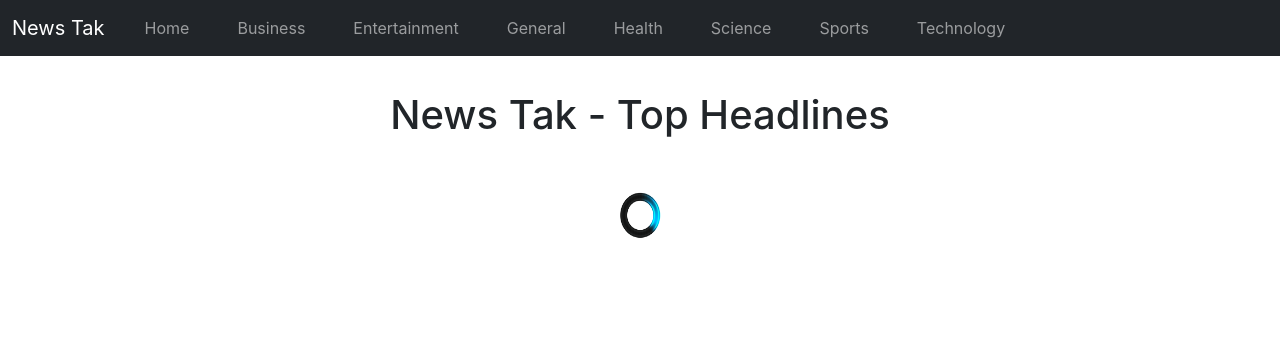
Repository: Rohit-foryou/News-website
Page: /entertainment
These files come from the project's save history. The page is drawn as it stood at one moment and after the next save; the edit follows.
The browser window is 1280 px wide. The pictures show the whole page.
The page's requests for data from a server got no answer. The project was rebuilt for these pictures with package versions that can differ from the ones it lists, and the page was loaded fresh each time. No one was signed in, and anything a server would have sent is missing. Also part of the build but not shown: src/Components/NewsItem.js.

Above is the page before, as saved 2024-01-11 23:16:11.

After the next save:
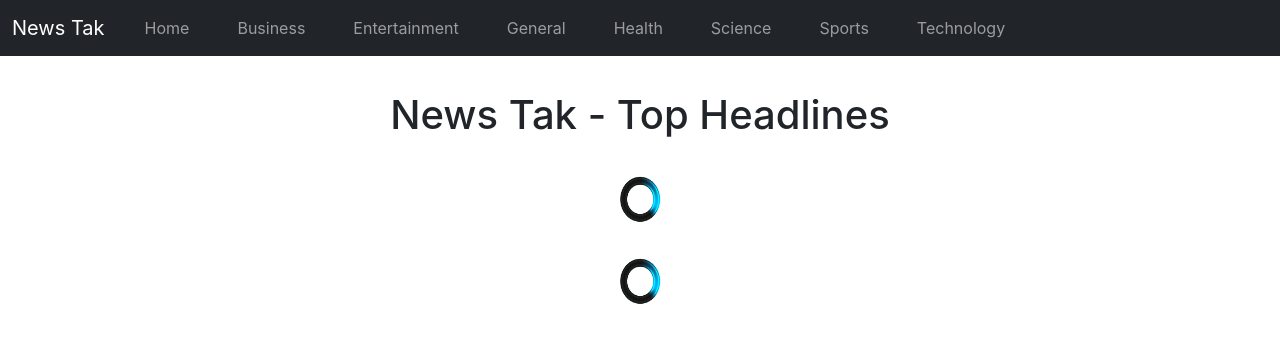
Saved 75 s later.
--- a/src/Components/News.js
+++ b/src/Components/News.js
@@ -85,7 +85,7 @@ export class News extends Component {
     return (
       <>
         <h1 className="text-center" style={{margin: '35px 0px'}}>News Tak - Top Headlines</h1>
-        {/* {this.state.loading && <Spinner/>} */}
+        {this.state.loading && <Spinner/>}
 
         <InfiniteScroll
           dataLength={this.state.articles.length}

After the save that followed:
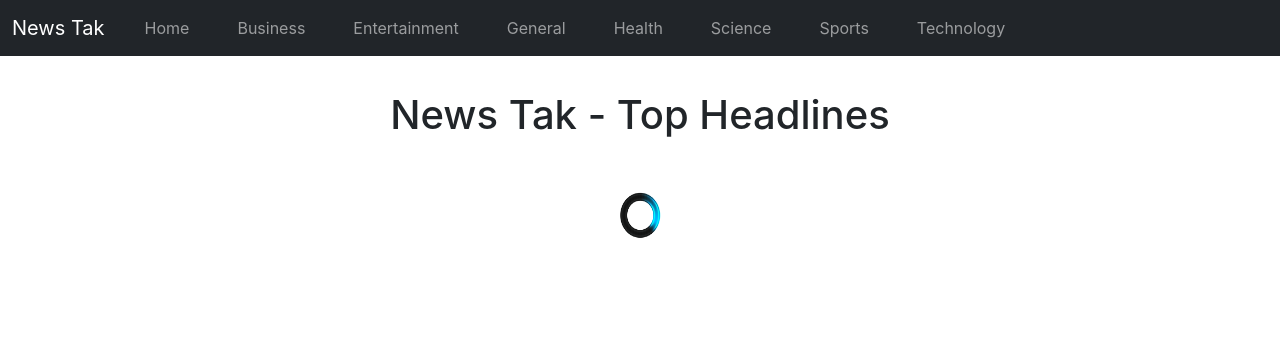
Saved 6 min 17 s later.
--- a/src/Components/News.js
+++ b/src/Components/News.js
@@ -85,7 +85,7 @@ export class News extends Component {
     return (
       <>
         <h1 className="text-center" style={{margin: '35px 0px'}}>News Tak - Top Headlines</h1>
-        {this.state.loading && <Spinner/>}
+        {/* {this.state.loading && <Spinner/>} */}
 
         <InfiniteScroll
           dataLength={this.state.articles.length}
